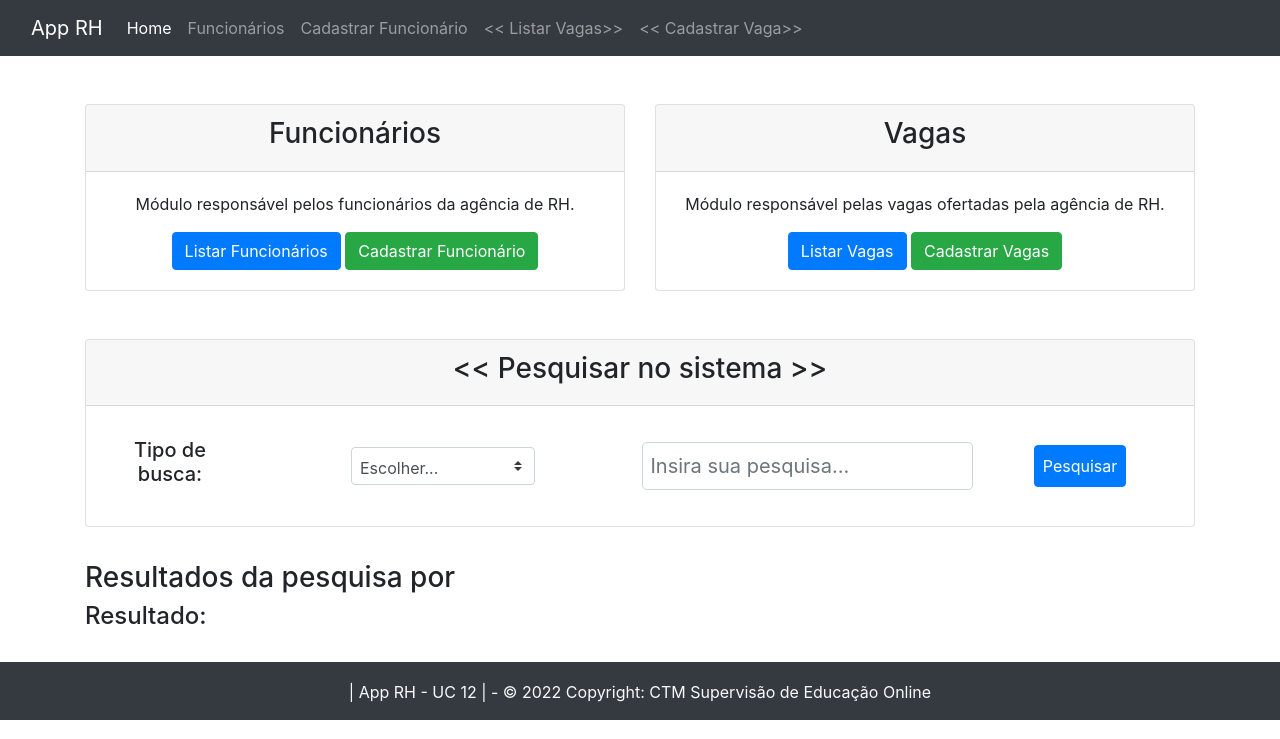
Repository: FilosoDev/SPRING-BOOT-testes
Page: http://localhost/index
An editor plug-in stored every save of this project. The page is shown before and after the next save, followed by the edit.
The browser window is 1280 px wide. The pictures show the whole page.
The page is this project's Thymeleaf template; nobody is signed in. The template is opened directly, without the code that normally fills it, so the values that code supplies are empty.

Above is the page before, as saved 2021-11-23 17:58:53.
Console error: TypeError: Cannot read properties of undefined (reading 'fn')

### AppRH/AppRH/src/main/resources/templates/index.html
<!DOCTYPE html>
<html lang=”pt-br” xmlns:th="http://thymeleaf.org"
	xmlns:layout="http://www.ultraq.net.nz/thymeleaf/layout">

<head>

<meta charset="utf-8">
<meta http-equiv="X-UA-Compatible" content="IE=edge">
<meta name="viewport" content="width=device-width, initial-scale=1">

<title>| App RH - UC 12 |</title>

<!-- Bootstrap -->
<link href="bootstrap/css/bootstrap.min.css" rel="stylesheet">

<!-- HTML5 shim e Respond.js para suporte no IE8 de elementos HTML5 e media queries -->
<!-- ALERTA: Respond.js não funciona se você visualizar uma página file:// -->
<!--[if lt IE 9]>
      <script src="https://oss.maxcdn.com/html5shiv/3.7.3/html5shiv.min.js"></script>
      <script src="https://oss.maxcdn.com/respond/1.4.2/respond.min.js"></script>
    <![endif]-->

</head>

<body>

	<header>

		<nav class="navbar navbar-expand-lg navbar-dark bg-dark">
			<div class="container-fluid">
				<a class="navbar-brand" href="/">App RH</a>
				<button class="navbar-toggler" type="button"
					data-bs-toggle="collapse" data-bs-target="#navbarNav"
					aria-controls="navbarNav" aria-expanded="false"
					aria-label="Toggle navigation">
					<span class="navbar-toggler-icon"></span>
				</button>
				<div class="collapse navbar-collapse" id="navbarNav">
					<ul class="navbar-nav">
						<li class="nav-item"><a class="nav-link active"
							aria-current="page" href="/">Home</a></li>
						<li class="nav-item"><a class="nav-link" href="/funcionarios">Funcionários</a></li>
						<li class="nav-item"><a class="nav-link"
							href="/cadastrarFuncionario">Cadastrar Funcionário</a></li>
						<li class="nav-item"><a class="nav-link" href="/vagas">
								<< Listar Vagas>> </a></li>
						<li class="nav-item"><a class="nav-link"
							href="/cadastrarVaga"> << Cadastrar Vaga>> </a></li>
					</ul>
				</div>
			</div>
		</nav>

	</header>

	<div class="container">
		<br> <br>

		<div class="row">
			<div class="col">
				<div class="card text-center">
					<div class="card-header card-title">
						<h3>Funcionários</h3>
					</div>
					<div class="card-body">

						<p class="card-text">Módulo responsável pelos funcionários da
							agência de RH.</p>
						<a href="/funcionarios" class="btn btn-primary">Listar
							Funcionários</a> <a href="/cadastrarFuncionario"
							class="btn btn-success">Cadastrar Funcionário</a>
					</div>
				</div>
			</div>
			<div class="col">
				<div class="card text-center">
					<div class="card-header  card-title">
						<h3>Vagas</h3>
					</div>
					<div class="card-body">
						<p class="card-text">Módulo responsável pelas vagas ofertadas
							pela agência de RH.</p>
						<a href="/vagas" class="btn btn-primary">Listar Vagas</a> <a
							href="/cadastrarVaga" class="btn btn-success">Cadastrar Vagas</a>
					</div>
				</div>
			</div>


		</div>
		<div class="row">
			<div class="col">
				<br> <br>
				<div class="card text-center card w-100">
					<div class="card-header">
						<h3><< Pesquisar no sistema >></h3>
					</div>



					<form class="form-inline" method="post">


						<div class="row form-group justify-content-center w-100 p-2">


							<div class="col col-14 col-md-2">

								<label for="cars" class="my-3 p-2"><h5>Tipo de
										busca:</h5></label>
							</div>

							<div class="col col-14 col-md-4">


								<select name="busca" id="busca" class="custom-select my-3 p-2">
									<option selected>Escolher...</option>
									<option value="nomefuncionario">Nome do Funcionário</option>
									<option value="nomedependente">Nome do Dependente</option>
									<option value="nomecandidato">Nome do Candidato</option>
									<option value="titulovaga">Nome da Vaga</option>
								</select>


						</div>

							<div class="col col-14 col-md-4">

								<input
									class="form-control form-control-lg my-3 p-2"
									type="search" placeholder="Insira sua pesquisa..."
									aria-label="Pesquisar" name="nome">

							</div>

							<div class="col col-14 col-md-2">

								<button class="btn btn-primary my-3 p-2" type="submit">Pesquisar</button>

							</div>
						</div>

					</form>
				</div>
			</div>
			<br>
			<div class="container">
				<h3>
				<br>
					Resultados da pesquisa por <i> <span th:text="${busca}"></span>
					</i>
				</h3>
				<h4>
					Resultado: <span th:text="${contador}"></span>
				</h4>

				<div th:each="lstdependente : ${lista}">
					<span th:text="${lstdependente.nome}"></span> <br>

				</div>


				<div th:each="funcionario : ${funcionario}">
					<div class="row">
						<p>
							<span th:text="${funcionario.id}"></span>
						</p>
						<p>
							<span th:text="${funcionario.nome}"></span>
						</p>
						<p>
							<span th:text="${funcionario.data}"></span>
						</p>
						<p>
							<span th:text="${funcionario.email}"></span>
						</p>
					</div>
				</div>

				<div th:each="dependente : ${dependentes}">
					<span th:text="${dependente.cpf}"></span> <span
						th:text="${dependente.nome}"></span> <span
						th:text="${dependente.datanascimento}"></span> <br>
				</div>



			</div>



		</div>





		<div style="height: 100px;"></div>

		<div class="footer-copyright fixed-bottom bg-dark text-center py-3">
			<span class="text-light align-middle">| App RH - UC 12 | - ©
				2022 Copyright: CTM Supervisão de Educação Online</span>
		</div>

		<!--JavaScript bootstrap-->
		<script type="text/javascript" src="bootstrap/js/bootstrap.js"></script>
		<script
			src="https://cdn.jsdelivr.net/npm/bootstrap@5.1.3/dist/js/bootstrap.bundle.min.js"
			integrity="sha384-ka7Sk0Gln4gmtz2MlQnikT1wXgYsOg+OMhuP+IlRH9sENBO0LRn5q+8nbTov4+1p"
			crossorigin="anonymous">
	</script>
</body>

</html>

Loaded but not shown: AppRH/AppRH/src/main/resources/static/bootstrap/css/bootstrap.min.css (library); AppRH/AppRH/src/main/resources/static/bootstrap/js/bootstrap.js (library)

After the next save:
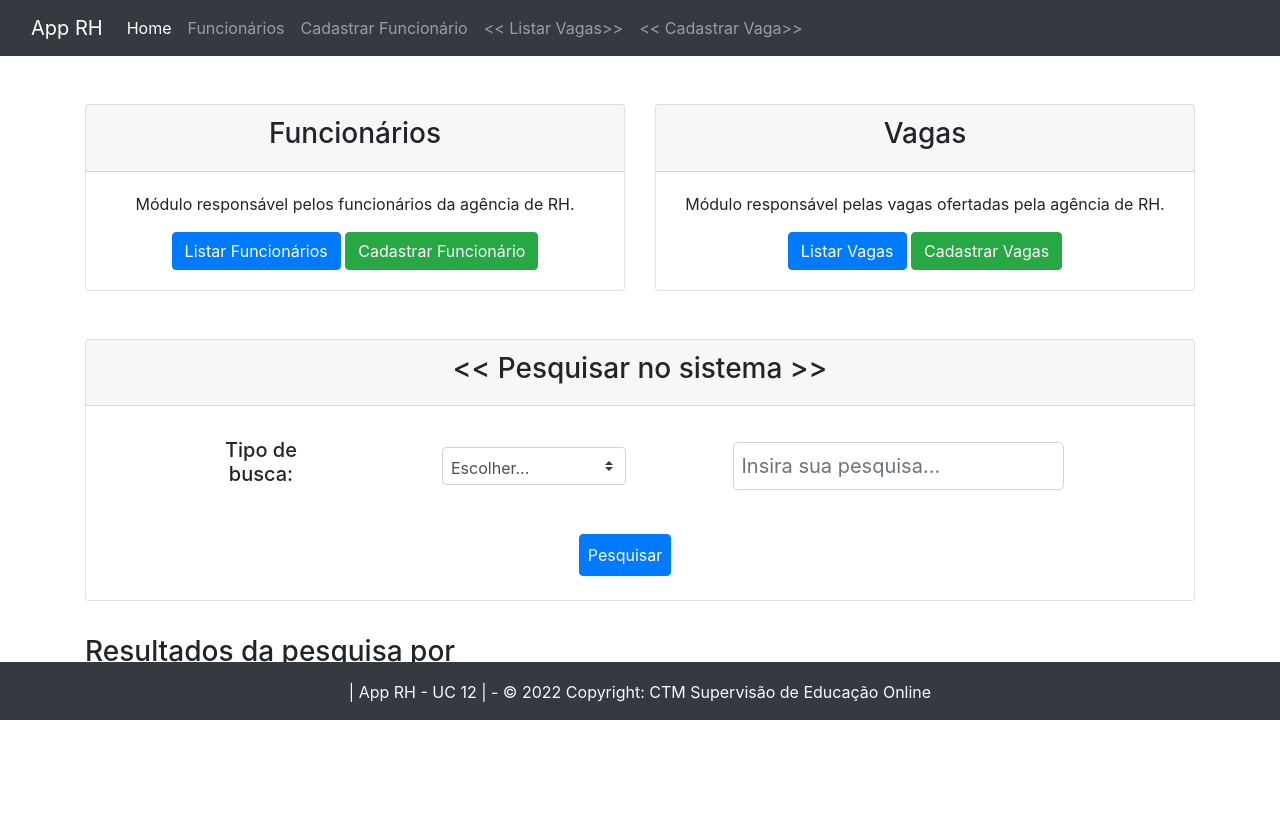
Saved 11 s later.
--- a/AppRH/AppRH/src/main/resources/templates/index.html
+++ b/AppRH/AppRH/src/main/resources/templates/index.html
@@ -133,7 +133,7 @@
 
 							</div>
 
-							<div class="col col-14 col-md-2">
+							<div class="col col-14 col-md-4">
 
 								<button class="btn btn-primary my-3 p-2" type="submit">Pesquisar</button>
 

After the save that followed:
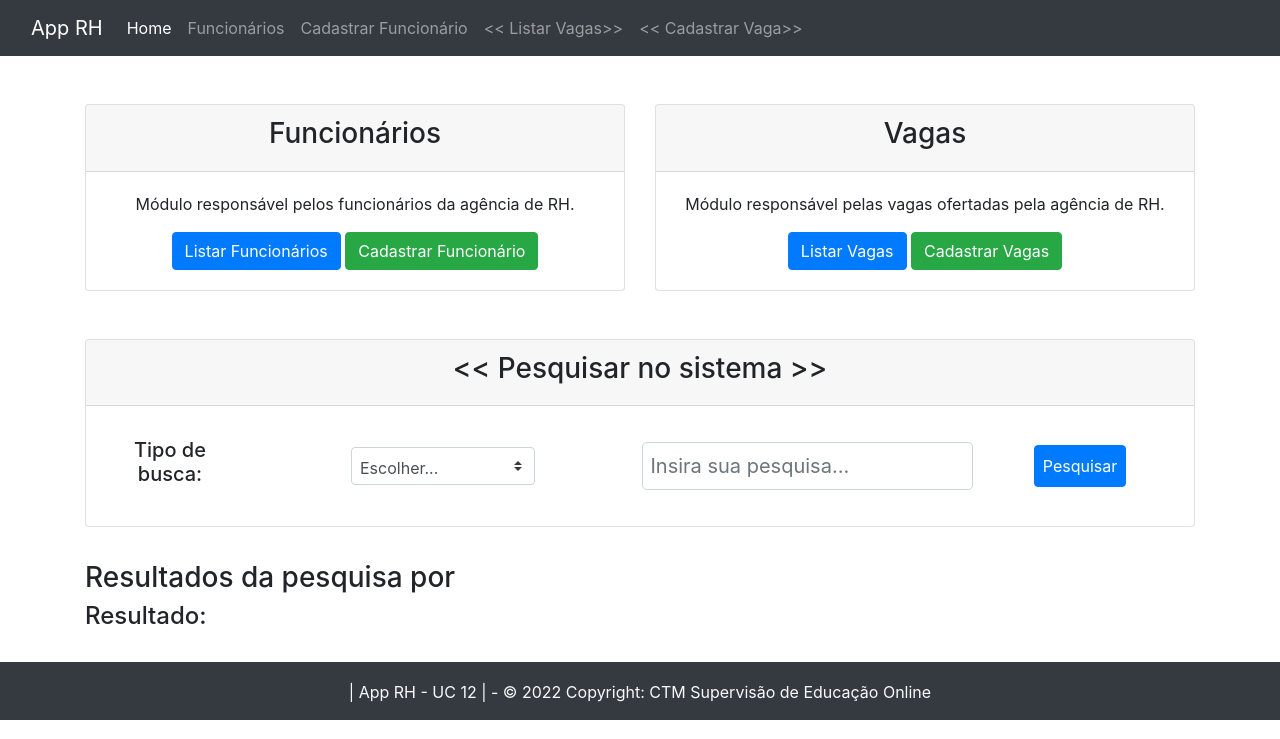
Saved 6 s later.
--- a/AppRH/AppRH/src/main/resources/templates/index.html
+++ b/AppRH/AppRH/src/main/resources/templates/index.html
@@ -133,7 +133,7 @@
 
 							</div>
 
-							<div class="col col-14 col-md-4">
+							<div class="col col-14 col-md-2">
 
 								<button class="btn btn-primary my-3 p-2" type="submit">Pesquisar</button>
 
